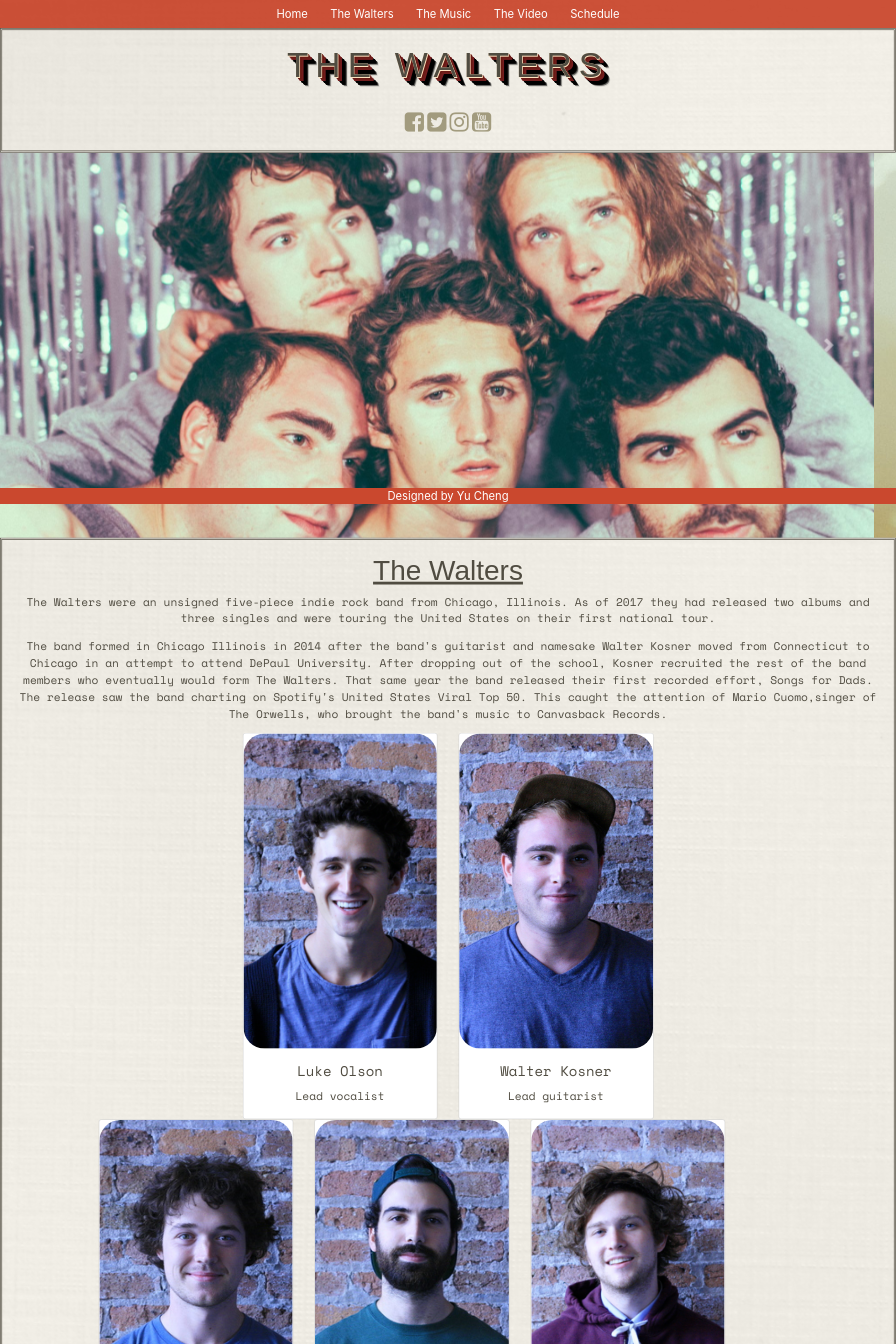
Repository: yucheng91/CIassignment1
Page: index.html
The author's editor kept a record of every edit. The page is drawn from the files as they stood at one moment, then again after the next edit.
The browser window is 1280 px wide. The pictures show the part of the page from y = 0 to 1920 px (the page is 3758 px tall), at 70% of full size.
Backgrounds fixed to the window are drawn as part of the page. Some web fonts or font styles are not loaded; a fallback is used.

Above is the page before.

After the next edit:
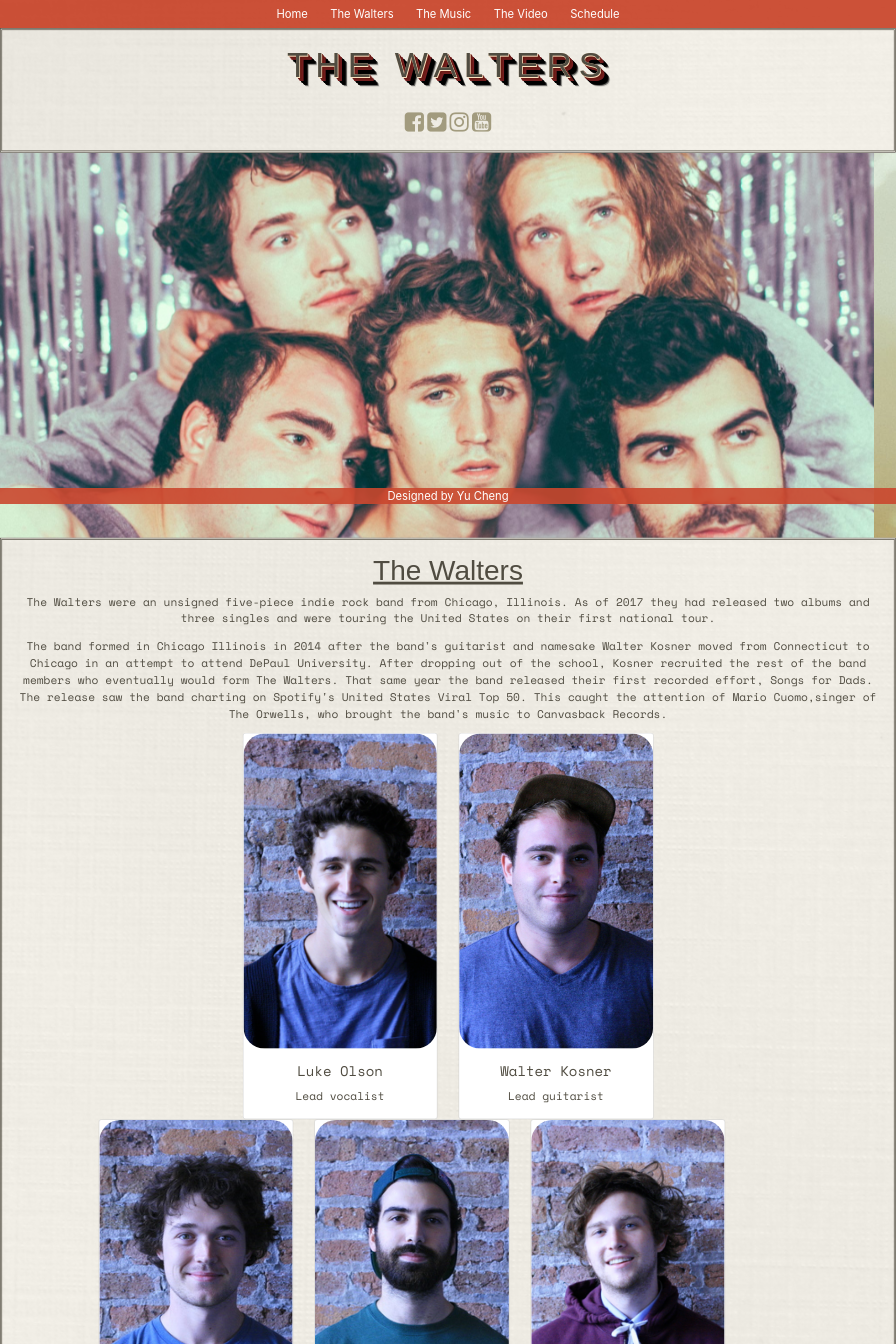
The edit:
--- a/style.css
+++ b/style.css
@@ -134,7 +134,7 @@
     width: 100%;
     padding:0;
     height:23px;
-    background-color:#ca482e;
+    background-color:#ca482eE6;
     color:white;
 }
 
